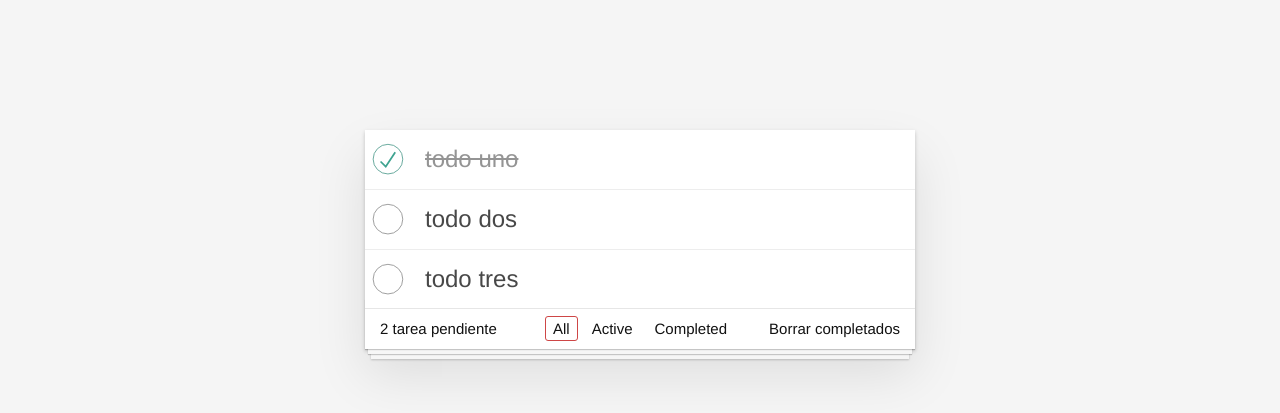
Repository: drsamame/todo-typescript
Page: /
These files come from the project's save history. The page is drawn as it stood at one moment and after the next save; the edit follows.
The browser window is 1280 px wide. The pictures show the whole page.
The project was rebuilt for these pictures with package versions that can differ from the ones it lists, and the page was loaded fresh each time. Also part of the build but not shown: vite.config.ts.

Above is the page before, as saved 2024-02-28 02:05:38.

After the next save:
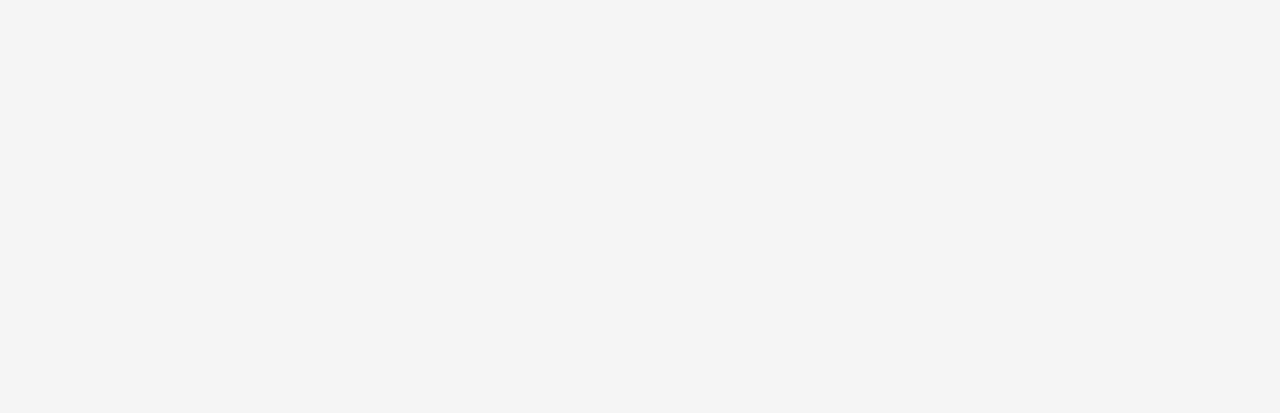
Console error: ReferenceError: TodoList is not defined
Saved 20 s later.
--- a/src/App.tsx
+++ b/src/App.tsx
@@ -41,7 +41,7 @@
   }
 
   const filteredTodos = () => {
-    console.log(filterSelected)
+    console.log(TodoList)
     if (filterSelected === TODO_FILTERS.ALL) return todos
     if (filterSelected === TODO_FILTERS.COMPLETED) return todos.filter((el) => el.completed)
     if (filterSelected === TODO_FILTERS.ACTIVE) return todos.filter((el) => !el.completed)

After the 2 saves that followed:
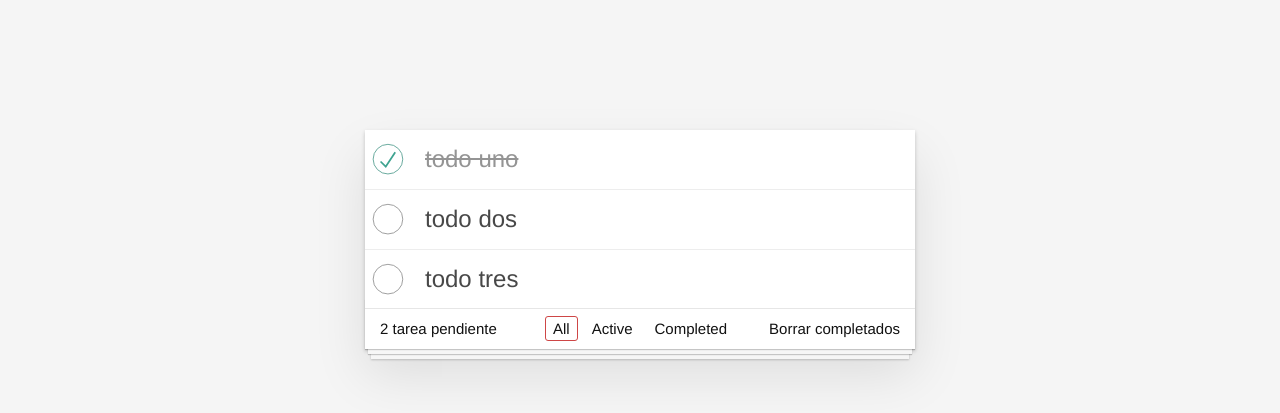
The error is gone.
The 2 saves are shown as one change because 1 did not build or start.
The last was saved 4 min 16 s later.
--- a/src/App.tsx
+++ b/src/App.tsx
@@ -1,7 +1,7 @@
 import { useState } from 'react'
 import { Todos } from './Components/Todos'
 import { Footer } from './Components/Footer'
-import type { FilterValue, TodoId, Todo as TodoType, TodoList } from './types'
+import type { FilterValue, TodoId, Todo as TodoType, TodoList } from './types.d'
 import { TODO_FILTERS } from './consts'
 
 const mockTODOS = [
@@ -40,8 +40,7 @@
     setFilterSelected(filter)
   }
 
-  const filteredTodos = () => {
-    console.log(TodoList)
+  const filteredTodos = (): TodoType[] => {
     if (filterSelected === TODO_FILTERS.ALL) return todos
     if (filterSelected === TODO_FILTERS.COMPLETED) return todos.filter((el) => el.completed)
     if (filterSelected === TODO_FILTERS.ACTIVE) return todos.filter((el) => !el.completed)
